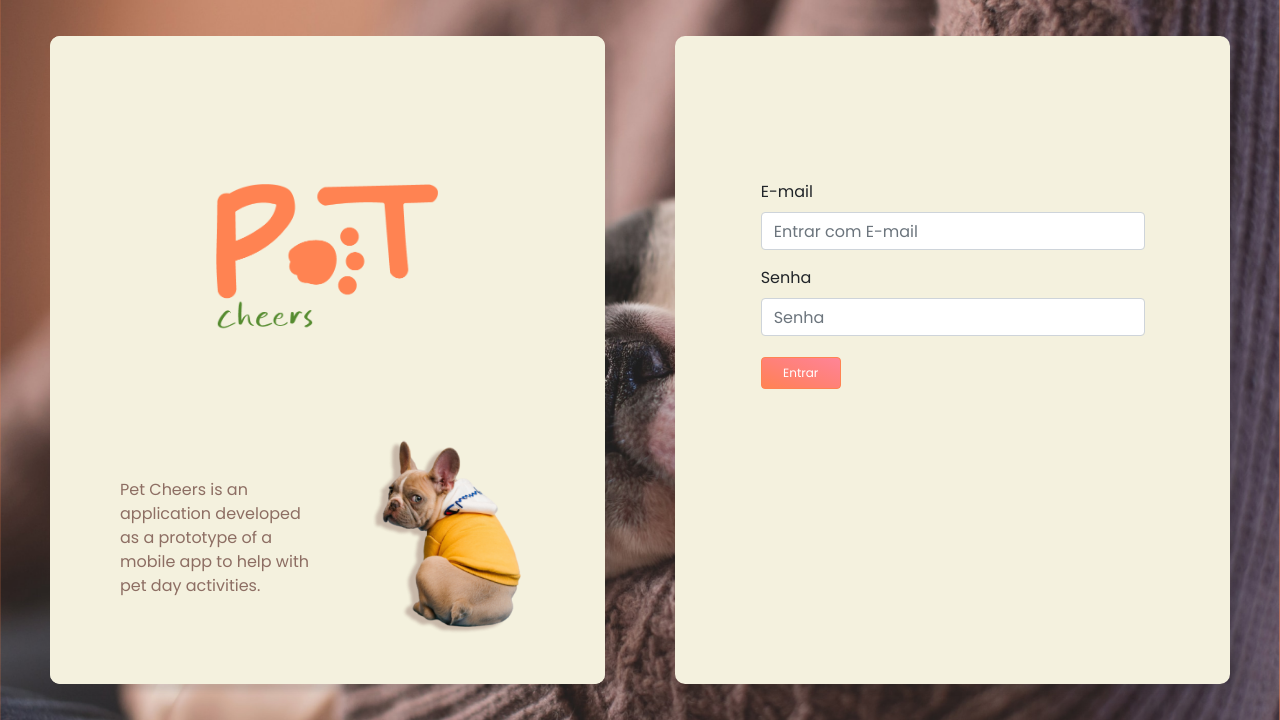
Repository: MilenaMelo/WebSite-PetCheers
Page: /
An editor plug-in stored every save of this project. The page is shown before and after the next save, followed by the edit.
The browser window is 1280 px wide. The pictures show the whole page.
The project was rebuilt for these pictures with package versions that can differ from the ones it lists, and the page was loaded fresh each time. Also part of the build but not shown: src/components/layout/LayoutLogout.vue, src/components/layout/LayoutDatas.vue, src/components/layout/LayoutNewData.vue. Imported but missing from the stored project, and not drawn on this page: src/pages/data/Data.vue.

Above is the page before, as saved 2020-09-08 15:37:13.
Console error: TypeError: Cannot read properties of null (reading 'style')

### src/main.js
import Vue from 'vue'
import App from './App.vue'
import router from './router'
import FirebaseVue from './firebase'
import './assets/scss/app.scss'

Vue.use(FirebaseVue)
Vue.config.productionTip = false

new Vue({
  router,
  render: h => h(App)
}).$mount('#app')

### src/App.vue
<template>
  <div id="app">
    <base-spinner/>
    <div class="container-fluid" v-if="isLogged">
      <div class="row">
        <div class="col-2 navigation-sidebar">
            <layout-new-data></layout-new-data>
        </div>
        <div class="col">
             <router-view/>
        </div>
      </div>
    </div>
    <router-view v-else/>
  </div>
</template>

<script>
import BaseSpinner from './components/global/BaseSpinner'
import LayoutNewData from './components/layout/LayoutNewData'

export default {
  name: 'App',
  components: {
    BaseSpinner,
    LayoutNewData
  },
  data: () => ({ isLogged: false }),
  mounted () {
    this.$firebase.auth().onAuthStateChanged(user => {
      window.uid = user ? user.uid : null
      this.isLogged = !!user
      // eslint-disable-next-line no-undef
      console.log(uid)
      this.$router.push({ name: window.uid ? 'home' : 'login' }).catch(() => {})
      setTimeout(() => {
        this.$root.$emit('Spinner::hide')
      }, 1000)
    })
  }
}
</script>

<style lang="scss">
.navigation-sidebar {
  background-color: var(--orange);
}
</style>

### src/router/index.js
import Vue from 'vue'
import VueRouter from 'vue-router'

Vue.use(VueRouter)

const routes = [
  {
    path: '/',
    name: 'home',
    meta: {
      icon: 'home',
      title: 'Home'
    },
    component: () => import(/* webpackChunkName: "home" */ '../pages/home/Home')
  },
  {
    path: '/data',
    name: 'data',
    meta: {
      icon: 'data',
      title: 'Data'
    },
    component: () => import(/* webpackChunkName: "data" */ '../pages/data/Data.vue')
  },
  {
    path: '/login',
    name: 'login',
    meta: {
      icon: 'login',
      title: 'Login'
    },
    // route level code-splitting
    // this generates a separate chunk (login.[hash].js) for this route
    // which is lazy-loaded when the route is visited.
    component: () => import(/* webpackChunkName: "login" */ '../pages/login/Login')
  }
]

const router = new VueRouter({
  mode: 'history',
  base: process.env.BASE_URL,
  routes
})

router.beforeEach((to, from, next) => {
  document.title = `${to.meta.title} - Petcheers`

  if (!window.uid && to.name !== 'login') {
    next({ name: 'login' })
  } else {
    next()
  }
})

export default router

### src/firebase/index.js
// eslint-disable-next-line no-unused-vars
import firebase from 'firebase/app'
import 'firebase/auth'
import 'firebase/storage'
import 'firebase/database'

export const firebaseApp = firebase.initializeApp({
  apiKey: process.env.VUE_APP_API_KEY,
  authDomain: process.env.VUE_APP_AUTH_DOMAIN,
  databaseURL: process.env.VUE_APP_DATABASE_URL,
  projectId: process.env.VUE_APP_PROJECT_ID,
  storageBucket: process.env.VUE_APP_STORAGE_BUCKET,
  messagingSenderId: process.env.VUE_APP_MESSAGING_SENDER_ID,
  appId: process.env.VUE_APP_APP_ID,
  measurementId: process.env.VUE_APP_MEASUREMENT_ID
})

export default function install (Vue) {
  Object.defineProperty(Vue.prototype, '$firebase', {
    get () {
      return firebaseApp
    }
  })
}

### src/assets/scss/app.scss
@import url('https://fonts.googleapis.com/css?family=Poppins');
@import '../../../node_modules/bootstrap/dist/css/bootstrap.css';
@import '../../../node_modules/@fortawesome/fontawesome-free/css/all.css';
@import '_variables';

* {
  font-family: 'Poppins', 'Avenir', sans-serif;
}

.btn-primary {
  width: 80px;
  margin-top: 5px;
  background-image: linear-gradient(to right top, #ff8352, #ff8165, #ff8177, #ff8287, #ff8597);
  border-color: $orange;
  background-color: $orange;
  font-size: 12px;
  &:hover {
    background-color: $orange;
  }
}
.btn-outline-secondary {
  width: 200px;
  color: var(--orange) !important;
  border-color: var(--orange) !important;
  &:hover, &:visited, &.active {
    background-color:  var(--orange) !important;
    color: var(--featured) !important;
  }
}
a {
  color: var(--featured) !important;
  &:hover {
    color: var(--brown) !important;
    translate: .4s;
  }
  &.active {
    color: var(--brown) !important;
  }
}

### src/components/global/BaseSpinner.vue
<template>
  <div class="base-spinner" v-on="startSpinner()" v-if="visible" >
    <img src="../../assets/images/basespinner.png" alt="basespinner" />
    <ol class="items">
      <li class="circle-one" id="one"></li>
      <li class="circle-two" id="two"></li>
      <li class="circle-three" id="three"></li>
    </ol>
  </div>
</template>

<script>
// Component use
export default {
  // Variables
  data () {
    return {
      visible: true
    }
  },
  created () {
    // Event of the action (Spinner::show or Spinner::hide)
    // Listener of aplication
    this.$root.$on('Spinner::show', () => { this.visible = true })
    this.$root.$on('Spinner::hide', () => { this.visible = false })
  },
  methods: {
    startSpinner () {
      // eslint-disable-next-line no-unused-vars
      var id = ['one', 'two', 'three']
      // Defining the action of the base spinner

      // eslint-disable-next-line eqeqeq
      for (var x = 0; x < 10; x++) {
        setInterval(
          function () {
            document.getElementById('three').style.backgroundColor = '#FF8352'
          }, 250)
        setInterval(
          function () {
            document.getElementById('two').style.backgroundColor = '#FF8352'
          }, 500)
        setInterval(
          function () {
            document.getElementById('one').style.backgroundColor = '#FF8352'
          }, 1000)
        setInterval(
          function () {
            document.getElementById('three').style.backgroundColor = '#fff'
            document.getElementById('two').style.backgroundColor = '#fff'
            document.getElementById('one').style.backgroundColor = '#fff'
          }, 4000)
      }
    }
  }
}

</script>

<style lang="scss" scoped>
@import '../../assets/scss/variables';

.base-spinner {
  height: 100vh;
  width: 100vw;
  display: flex;
  justify-content: center;
  align-items: center;
  .items{
    list-style-type: none;
    padding-left: 3px;
    margin-bottom: 20x;
  }
  .circle-one, .circle-two, .circle-three {
    width: 35px;
    height: 35px;
    border-radius: 100%;
    margin-bottom: 4px;
  }
  .circle-two {
    margin-left: 10px;
  }
}
</style>

### src/pages/login/Login.vue
<template>
  <div class="login">
    <div class="login-left">
          <div class="section-one">
            <div class="section-text">
              <p class="display-5" >Pet Cheers is an
                  application developed as a prototype of a
                  mobile app to help with pet day activities.</p>
            </div>
            <div class="one-img">
              <img class="img" src="../../assets/images/img01.png" alt="">
          </div>
  </div>
    </div>
    <div class="login-right">
      <!-- The @submit.prevent="doLogin()" makes to active the function listened to get the informations in firebase -->
      <form @submit.prevent="doLogin()" class="form-login">
        <div class="form-group">
          <label for="exampleInputEmail1">E-mail</label>
          <!-- The v-model directive will call the type 'email' and 'password'-->
          <input
            required
            type="email"
            v-model="email"
            class="form-control"
            id="exampleInputEmail1"
            aria-describedby="emailHelp"
            placeholder="Entrar com E-mail"
          />
          <small
            id="emailHelp"
            class="form-text text-muted"/>
        </div>
        <div class="form-group">
          <label for="exampleInputPassword1">Senha</label>
          <input
            required
            type="password"
            v-model="password"
            class="form-control"
            id="exampleInputPassword1"
            placeholder="Senha"
          />
        </div>
        <!-- <div class="form-check">
          <input type="checkbox" class="form-check-input" id="exampleCheck1" />
          <label class="form-check-label" for="exampleCheck1">Lembre de mim</label>
        </div> -->
        <button type="submit" class="btn btn-primary" :disabled = 'loading'>
          <template v-if="loading">
            <i class="fa fa-spinner fa-spin"></i>
          </template>
          <template v-else>
            Entrar
          </template>
        </button>
      </form>
    </div>
  </div>
</template>

<script>
// Here the method is called for an action, passing the data like variables
// And to pass the informations (variables) is necessary a directive: v-model as attribute
// of the input (HTML)
export default {
  name: 'Login',
  data: () => {
    return {
      loading: false,
      email: '',
      password: ''
    }
  },
  methods: {
    // Async method because has await the action of the auth()
    async doLogin () {
      this.loading = true
      // Use the firebase variable to authenticate by calling the auth(), authenticate method
      // signInWithEmailAndPassword() is a method
      // So, configure the authentication page in Firebase database and your
      const { email, password } = this

      try {
        const res = await this.$firebase.auth().signInWithEmailAndPassword(email, password)
        // variable window.uid to know if is logged
        window.uid = res.user.uid
        // redirect to Home page route
        this.$router.push({ name: 'home' })
      } catch (err) {
        console.log(err)
      }
      this.loading = false
    },
    beforeRouteEnter (to, from, next) {
      next(vm => {
        if (window.uid) {
          vm.$router.push({ name: 'home' })
        }
      })
    }
  }
}
</script>

<style lang="scss" scoped>
.login {
  background-image: url('../../assets/images/ativo9.png');
  background-repeat: no-repeat;
  background-size: cover;
  background-position: center;
  display: flex;
  justify-content: space-between;
  align-items: center;
  height: 100vh;
  background-color: var(--orange);
  padding-right: 50px;
  padding-left: 50px;
}
.login-right, .login-left {
  display: flex;
  justify-content: center;
  align-items: center;
  background-color: var(--featured);
  width: 47%;
  height: 90%;
  border-radius: 10px;
  -webkit-box-shadow: 9px 7px 5px rgba(50, 50, 50, 0.15);
  -moz-box-shadow:    9px 7px 5px rgba(50, 50, 50, 0.50);
  box-shadow:         9px 7px 5px rgba(50, 50, 50, 0.12);
}
.form-login {
  width: 30vw;
  height: 50vh;
}
.section-one {
    background-image: url('../../assets/images/ativo4.png');
    background-repeat: no-repeat;
    background-position: center 30%;
    background-size: 40%;
    display: flex;
    justify-content: space-between;
    align-items: flex-end;
    background-color: var(--featured);
    height: 100%;
    width: 100%;
    padding: 0px 70px 40px 70px;
    border-radius: 10px;
    .section-text {
      width: 130%;
      color: var(--brown);
      padding-bottom: 30px;
    }
    .img {
      padding-bottom: 10px;
      width: 100%;
    }
}
@media (max-width: 1064px) {
  .login {
    display: flex;
    justify-content: center;
    align-items: center;
  }
  .login-left {
    display: none;
  }
  .login-right {
    width: 63%;
  }
}
</style>

### src/assets/scss/_variables.scss
$orange: #FF8352 !important;
$pink: #FF8597 !important;
$salmon: #C17D75 !important;
$brown: #8D6E63 !important;
$green: #558B2F !important;
$grey: #EDE9D0 !important;
$featured: #f4f1de !important;

:root {
    --orange: #{$orange};
    --pink: #{$pink};
    --salmon: #{$salmon};
    --brown: #{$brown};
    --green: #{$green};
    --grey: #{$grey};
    --featured: #{$featured};
  }

Loaded but not shown: public/index.html (common file)

After the next save:
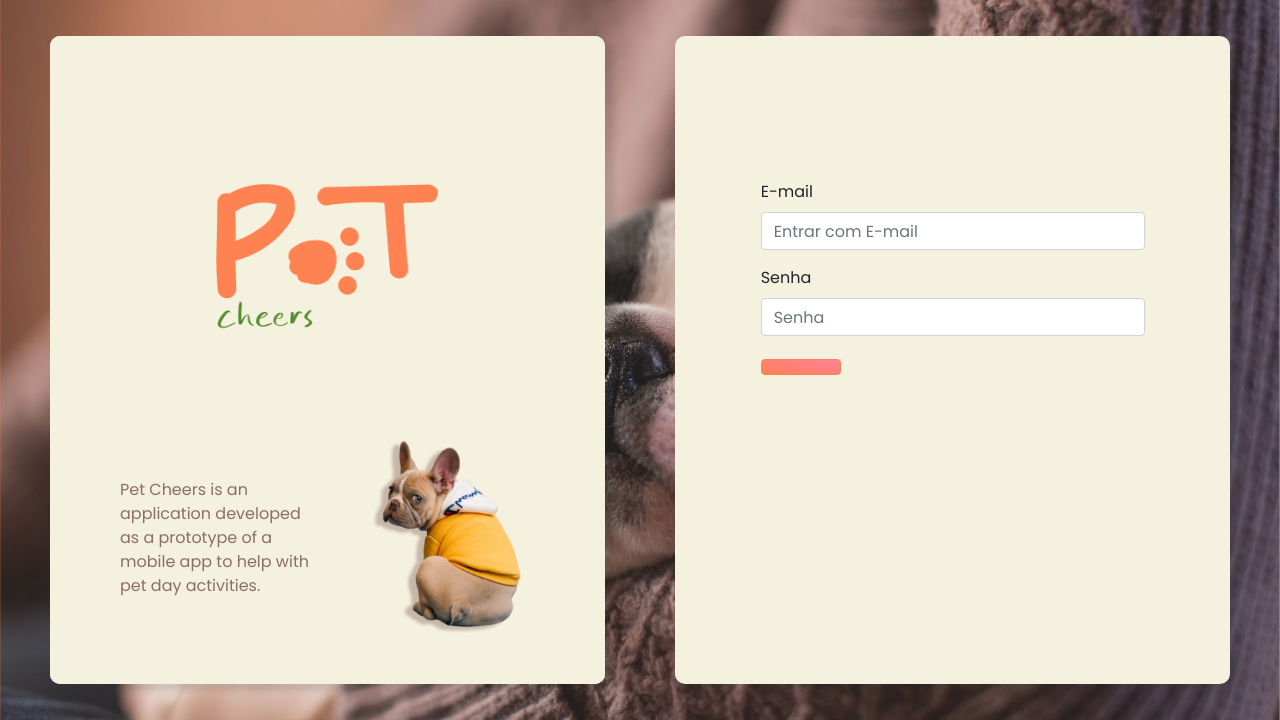
Saved 7 s later.
--- a/src/assets/scss/app.scss
+++ b/src/assets/scss/app.scss
@@ -13,7 +13,7 @@
   background-image: linear-gradient(to right top, #ff8352, #ff8165, #ff8177, #ff8287, #ff8597);
   border-color: $orange;
   background-color: $orange;
-  font-size: 12px;
+  font-size: 1px;
   &:hover {
     background-color: $orange;
   }
